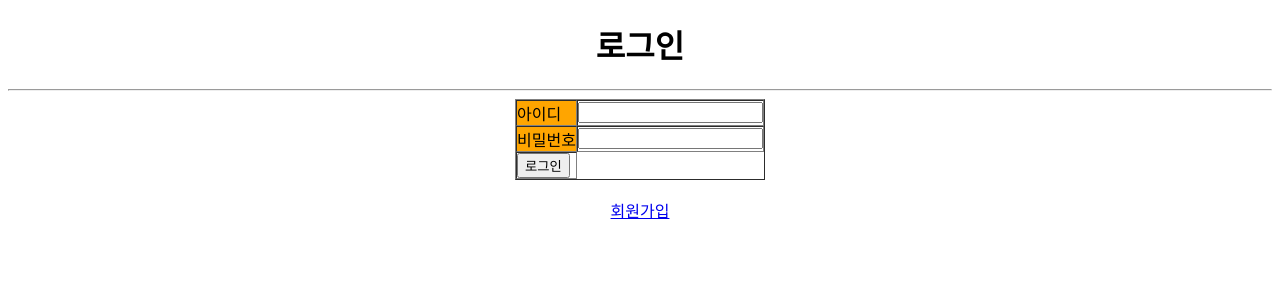
Repository: Jayking0215/myjava
Page: workspace/MyBoard/MyBoard/src/main/webapp/login.html
An editor plug-in stored every save of this project. The page is shown before and after the next save, followed by the edit.
The browser window is 1280 px wide. The pictures show the whole page.

Above is the page before, as saved 2023-04-28 15:14:16.

### workspace/MyBoard/MyBoard/src/main/webapp/login.html
<!DOCTYPE html PUBLIC "-//W3C//DTD HTML 4.01 Transitional//EN" "http://www.w3.org/TR/html4/loose.dtd">
<html>
<head>
<meta http-equiv="Content-Type" content="text/html; charset=EUC-KR">
<title>로그인</title>
</head>
<body>
<center>
<h1>로그인</h1>
<hr>
<form action="#" method="post">
	<table border="1" cellpadding="0" cellspacing="0">
		<tr>
			<td style="background-color:orange">아이디</td>
			<td><input type="text" name="id"/></td>
		</tr>
		<tr>
			<td style="background-color:orange">비밀번호</td>
			<td><input type="password" name="pwd"/></td>
		</tr>
		<tr>
			<td>
				<input type="submit" value="로그인"/>
			</td>
		</tr>
	</table>
</form>
<br>
<a href="insertUser.html">회원가입</a>
</center>
</body>
</html>

After the next save:
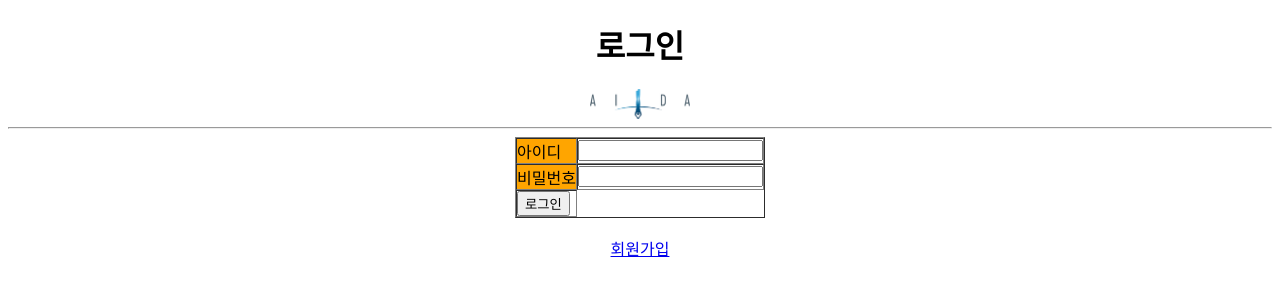
Saved 6 min 4 s later.
--- a/workspace/MyBoard/MyBoard/src/main/webapp/login.html
+++ b/workspace/MyBoard/MyBoard/src/main/webapp/login.html
@@ -7,6 +7,7 @@
 <body>
 <center>
 <h1>로그인</h1>
+<img src="images/aida.png" width="100px" heigth="80px">
 <hr>
 <form action="#" method="post">
 	<table border="1" cellpadding="0" cellspacing="0">
